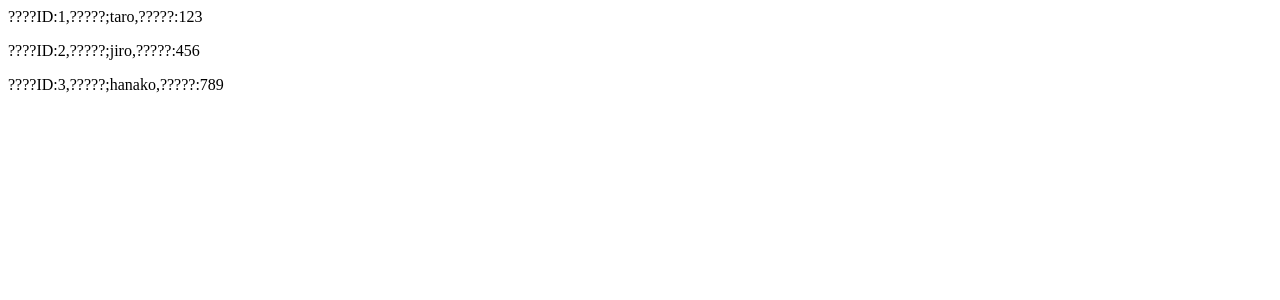
Repository: ryuhei0204/test
Page: http://localhost/HelloServlet/MySQLEServlet
The author's editor kept a copy of each file at every save. The page is drawn from the files as they stood at one save, then again after the next save.
The browser window is 1280 px wide. The pictures show the whole page.
The page is served by Tomcat 9. The database holds what the project's SQL file puts in it.

Above is the page before, as saved 2019-04-23 08:07:12.

After the next save:
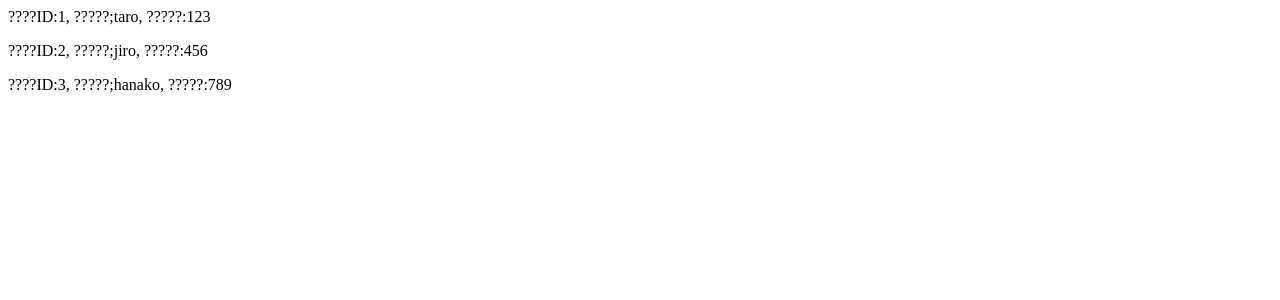
Saved 21 min 12 s later.
--- a/HelloServlet/src/MySQLServlet.java
+++ b/HelloServlet/src/MySQLServlet.java
@@ -46,11 +46,11 @@ public class MySQLServlet extends HttpServlet {
 			ResultSet rs=stmt.executeQuery(sql);
 
 		while(rs.next()){
-			int userId=rs.getInt("user_id");
-			String userName=rs.getString("user_name");
-			String userPassword=rs.getString("password");
+			int userId =rs.getInt("user_id");
+			String userName =rs.getString("user_name");
+			String userPassword =rs.getString("password");
 			out.println("<p>");
-			out.println("ユーザーID:"+userId+",ユーザー名;"+userName+",パスワード:"+userPassword);
+			out.println("ユーザーID:"+userId+", ユーザー名;"+userName+", パスワード:"+userPassword);
 			out.println("</p>");
 		}
 
